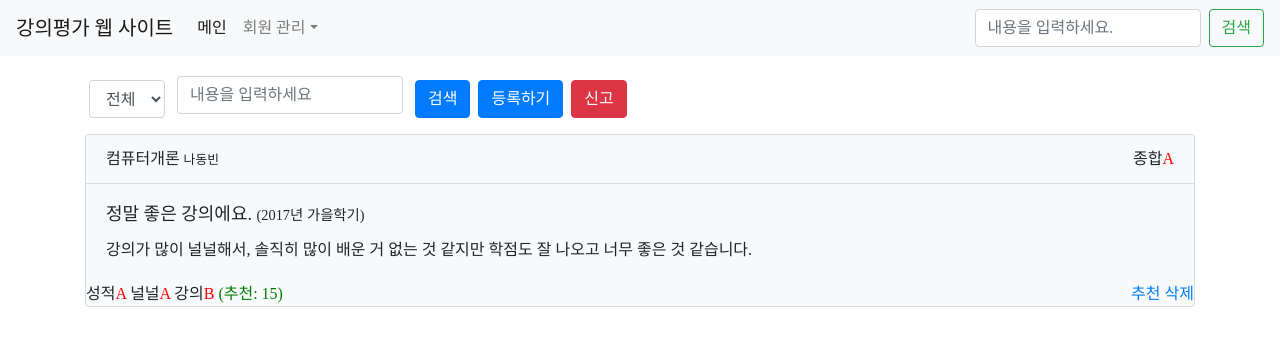
Repository: codelifee/Lecture-Evaluation-Project---java
Page: http://localhost/Lecture_Evaluation/
These files come from the project's save history. The page is drawn as it stood at one moment and after the next save; the edit follows.
The browser window is 1280 px wide. The pictures show the whole page.
Some web fonts or font styles are not loaded; a fallback is used. The page is served by Tomcat 9. Other server files are loaded and not shown.

Above is the page before, as saved 2020-08-23 02:37:57.

### Lecture Evaluation/WebContent/index.jsp
<%@ page language="java" contentType="text/html; charset=UTF-8"
    pageEncoding="UTF-8"%>
<!DOCTYPE html>
<html>
<head>
	<meta http-equiv="Content-type" content="text/html" charset="UTF-8">
	<meta name="viewport" content="width=device-width, initial-scale=1, shrink-to-fit=no">
	<title>강의평가 웹 사이트</title>
	<!--부트스트랩 CSS 추가하기-->
	<link rel="stylesheet" href="./css/bootstrap.min.css">
	<!--custom CSS 추가하기-->
	<link rel="stylesheet" href="./css/custom.css">
</head>
<body>
	<nav class="navbar navbar-expand-lg navbar-light bg-light">
		<a class="navbar-brand" href="index.jsp">강의평가 웹 사이트</a>
		<button class="navbar-toggler" type="button" data-toggle="collapse" data-target="#navbar">
			<span class="navbar-toggler-icon"></span>
		</button>
		<div id="navbar" class="collapse navbar-collapse">
			<ul class="navbar-nav mr-auto">
				<li class="nav-item active">
					<a class="nav-link" href="index.jsp">메인</a>
				</li>
				<li class="nav-item dropdown" id="dropdown" data-toggle="dropdown">
					<a class="nav-link dropdown-toggle" id="dropdown" data-toggle="dropdown">회원 관리</a>
					<div class="dropdown-menu" aria-labelledby="dropdown">
						<a class="dropdown-item" href="#">로그인</a>
						<a class="dropdown-item" href="#">회원가입</a>
						<a class="dropdown-item" href="#">로그아웃</a>
					</div>
				</li>
			</ul>
		</div>
			<form class="form-inline my-2 my-lg-0">
				<input class="form-control mr-sm-2" type="search" placeholder="내용을 입력하세요." aria-label="search">
				<button class="btn btn-outline-success my-2 my-sm-0" type="submit">검색</button>
			</form>
	</nav>
	<section class="container">
	 <form method="get" action="./index.jsp" class="form-inline mt-3">
	  <select name="lectureDivide" class="form-control mx-1 mt-2">
	  	<option value="전체">전체</option>
	  	<option value="전공">전공</option>
	  	<option value="교양">교양</option>
	  	<option value="기타">기타</option>
	  </select>
	  <input type="text" name="search" class="form-control mx-1 mx-2" placeholder="내용을 입력하세요">
	  <button type="submit" class="btn btn-primary mx-1 mt-2">검색</button>
	  <a class="btn btn-primary mx-1 mt-2" data-toggle="modal" href="#registerModal">등록하기</a>
	  <a class="btn btn-primary mx-1 mt-2 btn-danger" data-toggle="modal" href="#reportModal">신고</a>
	 </form>
	 <div class="card bg-light mt-3">
		<div class="card-header bg-light">
			<div class="row">
				<div class="col-8 text-left">컴퓨터개론&nbsp;<small>나동빈</small></div>
				<div class="col-4 text-right">
					종합<span style="color: red;">A</span>
				</div>
			</div>
		</div>
		<div class="card-body">
			<h5 class="card-title">
				정말 좋은 강의에요.&nbsp;<small>(2017년 가을학기)</small>
			</h5>
			<p class="card-text">강의가 많이 널널해서, 솔직히 많이 배운 거 없는 것 같지만 학점도 잘 나오고 너무 좋은 것 같습니다.</p>		</div>
			<div class="row">
					<div class="col-9 text-left">
						성적<span style="color: red;">A</span>
						널널<span style="color: red;">A</span>
						강의<span style="color: red;">B</span>
						<span style="color: green;">(추천: 15)</span>
					</div>
					<div class="col-3 text-right">
						<a onclick="return confirm('추천하시겠습니까?')" href="./likeAction.jsp?evaluationID=">추천</a>
						<a onclick="return confirm('삭제하시겠습니까?')" href="./deleteAction.jsp?evaluationID=">삭제</a>
					</div>
			</div>
	</div>
	</section>


	<div class="modal fade" id="registerModal" tabindex="-1" role="dialog" aria-labelledby="modal">
	 	<div class="modal-dialog">
	 		<div class="modal-content">
	 			<div class="modal-header">
	 				<h5 class="modal-title" id="modal">평가 등록</h5>
	 				<button type="button" class="close" data-dismiss="modal" aria-label="Close">
	 					<span aria-hidden="true">&times;</span>
	 				</button>
	 			</div>
	 			<div class="modal-body">
	 				<form action="./evaluationRegisterAction.jsp method="post">
	 					<div class="form-row">
	 						<div class="form-group col-sm-6">
	 							<label>강의명</label>
	 							<input type="text" name="lectureName" class="form-control" maxlength="20">
	 						</div>
	 						<div class="form-group col-sm-6">
	 							<label>교수명</label>
	 							<input type="text" name="professorName" class="form-control" maxlength="20">
	 						</div>
	 					</div>
	 					<div class="form-row">
	 						<div class="form-group col-sm-4">
	 							<label>수강 연도</label>
	 							<select name="lectureYear" class="form-control">
	 								<option value="2011">2011</option>
	 								<option value="2012">2012</option>
	 								<option value="2013">2013</option>
	 								<option value="2014">2014</option>
	 								<option value="2015">2015</option>
	 								<option value="2016">2016</option>
	 								<option value="2017">2017</option>
	 								<option value="2018" selected>2018</option>
	 								<option value="2019">2019</option>
	 								<option value="2020">2020</option>
	 								<option value="2021">2021</option>
	 								<option value="2022">2022</option>
	 								<option value="2023">2023</option>
	 							</select>
	 						</div>
 							<div class="form-group col-sm-4">
 								<label>수강 학기</label>
 								<select name="semesterDivide" class="form-control">
 									<option value="1학기" selected>1학기</option>
 									<option value="여름학기">여름학기</option>
 									<option value="2학기">2학기</option>
 									<option value="겨울학기">겨울학기</option>
 								</select>
 							</div>
 							<div class="form-group col-sm-4">
 								<label>강의 구분</label>
 								<select name="lectureDivde" class="form-control">
 									<option value="전공" selected>전공</option>
 									<option value="교양">교양</option>
 									<option value="기타">기타</option>
 								</select>
 							</div>
 						</div>
	 						<div class="form-group">
	 							<label>제목</label>
	 							<input type="text" name="evaluationTime" class="form-control" maxlength="30">
	 							<label>내용</label>
	 							<textarea name="evaluationContent" class="form-control" maxlength="2048" style="height: 180px;"></textarea>
	 						</div>
	 					<div class="form-row">
	 						<div class="form-group col-sm-3">
	 							<label>종합</label>
	 							<select name="totalScore" class="form-control">
	 								<option value="A" selected>A</option>
	 								<option value="B">B</option>
	 								<option value="C">C</option>
	 								<option value="D">D</option>
	 								<option value="F">F</option>
	 							</select>
	 						</div>
	 						<div class="form-group col-sm-3">
	 							<label>성적</label>
	 							<select name="totalScore" class="form-control">
	 								<option value="A" selected>A</option>
	 								<option value="B">B</option>
	 								<option value="C">C</option>
	 								<option value="D">D</option>
	 								<option value="F">F</option>
	 							</select>
	 						</div>
	 						<div class="form-group col-sm-3">
	 							<label>널널</label>
	 							<select name="comfortableScore" class="form-control">
	 								<option value="A" selected>A</option>
	 								<option value="B">B</option>
	 								<option value="C">C</option>
	 								<option value="D">D</option>
	 								<option value="F">F</option>
	 							</select>
	 						</div>
	 						<div class="form-group col-sm-3">
	 							<label>강의</label>
	 							<select name="comfortableScore" class="form-control">
	 								<option value="A" selected>A</option>
	 								<option value="B">B</option>
	 								<option value="C">C</option>
	 								<option value="D">D</option>
	 								<option value="F">F</option>
	 							</select>
	 						</div>
	 					</div>
	 					<div class="modal-footer">
	 						<button type="button" class="btn btn-secondary" data-dismiss="modal">취소</button>
	 						<button type="submit" class="btn btn-primary">등록하기</button>
	 					</div>
	 				</form>
	 			</div>
	 		</div>
	 	</div>
	</div>
	<div class="modal fade" id="reportModal" tabindex="-1" role="dialog" aria-labelledby="modal">
	 	<div class="modal-dialog">
	 		<div class="modal-content">
	 			<div class="modal-header">
	 				<h5 class="modal-title" id="modal">신고하기</h5>
	 				<button type="button" class="close" data-dismiss="modal" aria-label="Close">
	 					<span aria-hidden="true">&times;</span>
	 				</button>
	 			</div>
	 			<div class="modal-body">
	 				<form action="./reportAction.jsp" method="post">
 						<div class="form-group">
 							<label>신고 제목</label>
 							<input type="text" name="reportTitle" class="form-control" maxlength="30">
 							<label>신고 내용</label>
 							<textarea name="reportContent" class="form-control" maxlength="2048" style="height: 180px;"></textarea>
 						</div>
	 					<div class="modal-footer">
	 						<button type="button" class="btn btn-secondary" data-dismiss="modal">취소</button>
	 						<button type="submit" class="btn btn-danger">신고하기</button>
	 					</div>
	 				</form>
	 			</div>
	 		</div>
	 	</div>
	</div>
	<!-- 제이쿼리 자바스크립트 추가하기 -->
	<script src="./js/jquery.min.js"></script>
	<!-- jqeury 자바스크립트 추가하기 -->
	<script src="./js/bootstrap.min.js"></script>
	<!-- popper 자바스크립트 추가하기 -->
	<script src="./js/popper.js"></script>
</body>
</html>

### Lecture Evaluation/WebContent/css/custom.css
@import url(https://fonts.googleapis.com/earlyaccess/jejugothic.css);
@import url(https://fonts.googleapis.com/earlyaccess/hanna.css);
.navbar-brand, h1, h2, h3, h4 {
	font-family: 'jeju Gothic';
}
h5 {
	font-family: 'jeju Gothic';
	font-size: 18px;
}
body {
	font-family: 'Hanna';
}

Loaded but not shown: Lecture Evaluation/WebContent/css/bootstrap.min.css (library); Lecture Evaluation/WebContent/js/jquery.min.js (library); Lecture Evaluation/WebContent/js/bootstrap.min.js (library); Lecture Evaluation/WebContent/js/popper.js (library)

After the next save:
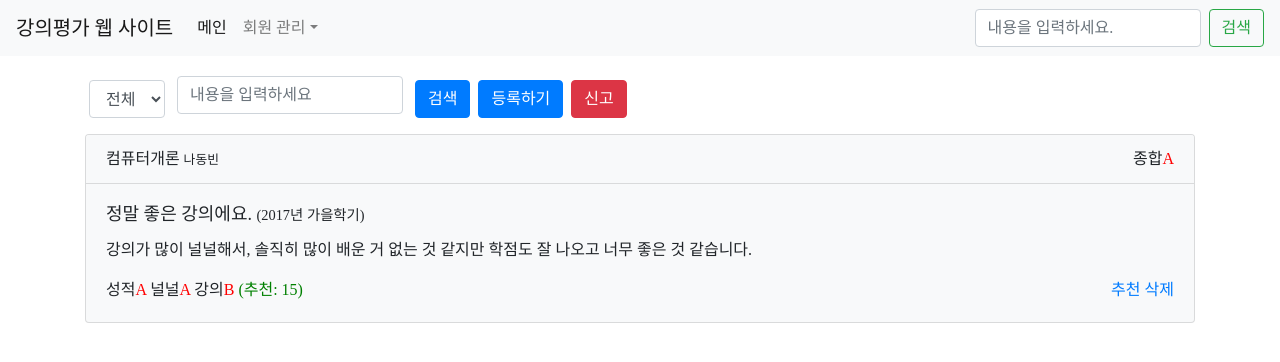
Saved 113 s later.
--- a/Lecture Evaluation/WebContent/index.jsp
+++ b/Lecture Evaluation/WebContent/index.jsp
@@ -63,7 +63,7 @@
 			<h5 class="card-title">
 				정말 좋은 강의에요.&nbsp;<small>(2017년 가을학기)</small>
 			</h5>
-			<p class="card-text">강의가 많이 널널해서, 솔직히 많이 배운 거 없는 것 같지만 학점도 잘 나오고 너무 좋은 것 같습니다.</p>		</div>
+			<p class="card-text">강의가 많이 널널해서, 솔직히 많이 배운 거 없는 것 같지만 학점도 잘 나오고 너무 좋은 것 같습니다.</p>
 			<div class="row">
 					<div class="col-9 text-left">
 						성적<span style="color: red;">A</span>
@@ -76,6 +76,7 @@
 						<a onclick="return confirm('삭제하시겠습니까?')" href="./deleteAction.jsp?evaluationID=">삭제</a>
 					</div>
 			</div>
+		</div>
 	</div>
 	</section>
 
